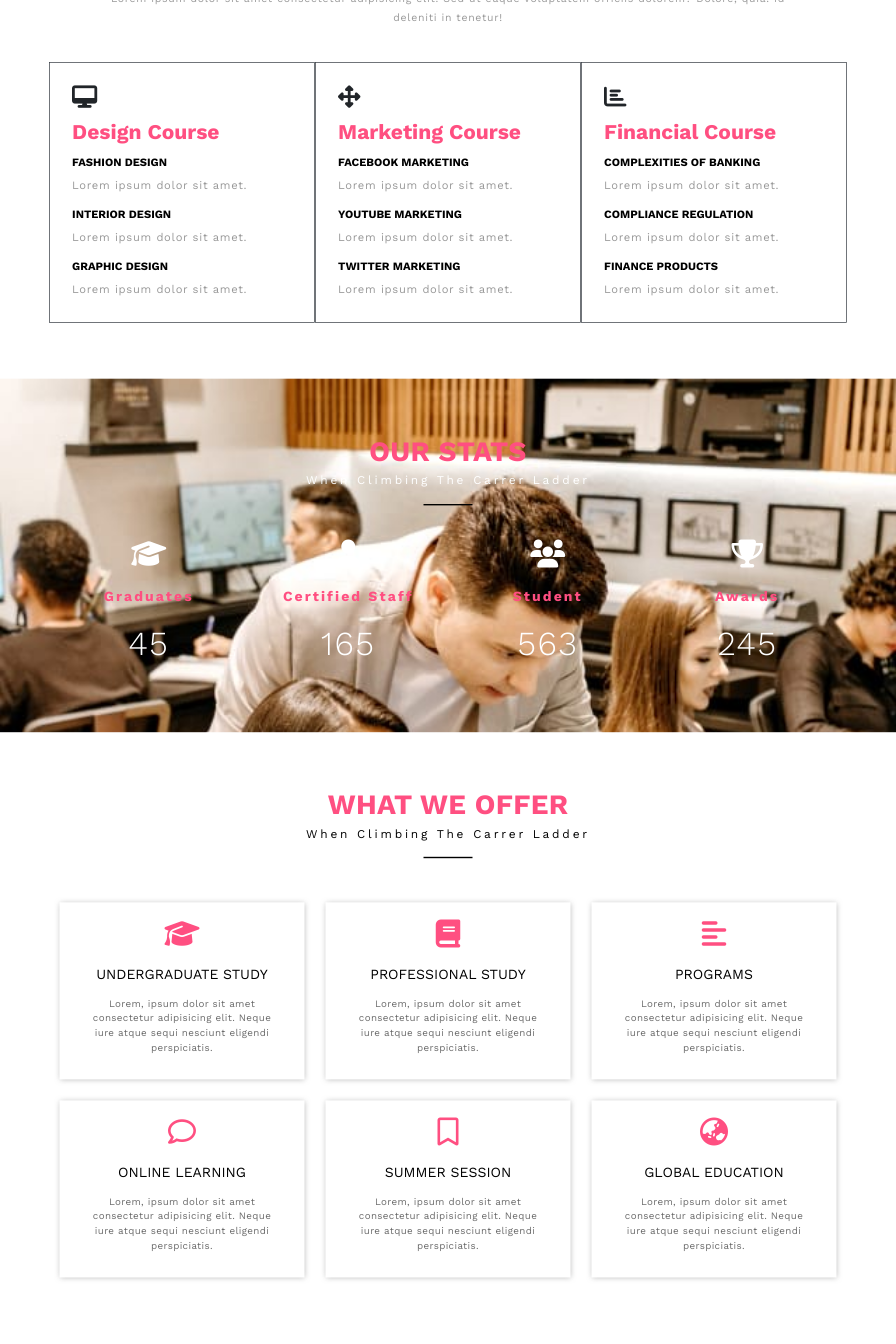
Repository: tudo1611/BC44_BOOTSTRAP_B7_INSTRUCTION_DO-TRUNG-TU
Page: index.html
These files come from the project's save history. The page is drawn as it stood at one moment and after the next save; the edit follows.
The browser window is 1280 px wide. The pictures show the part of the page from y = 1260 to 3180 px (the page is 3180 px tall), at 70% of full size.
The pointer rests on the first visible `.offer__item`.
Backgrounds fixed to the window are drawn as part of the page.

Above is the page before, as saved 2023-01-19 22:36:38.

### index.html
<!DOCTYPE html>
<html lang="en">
  <head>
    <meta charset="UTF-8" />
    <meta http-equiv="X-UA-Compatible" content="IE=edge" />
    <meta name="viewport" content="width=device-width, initial-scale=1.0" />
    <title>Instruction Cyber</title>
    <!-- bs4 css  -->
    <link
      rel="stylesheet"
      href="https://cdn.jsdelivr.net/npm/bootstrap@4.5.3/dist/css/bootstrap.min.css"
      integrity="sha384-TX8t27EcRE3e/ihU7zmQxVncDAy5uIKz4rEkgIXeMed4M0jlfIDPvg6uqKI2xXr2"
      crossorigin="anonymous"
    />
    <!-- font awesome -->
    <link
      rel="stylesheet"
      href="https://cdnjs.cloudflare.com/ajax/libs/font-awesome/6.2.1/css/all.min.css"
      integrity="sha512-MV7K8+y+gLIBoVD59lQIYicR65iaqukzvf/nwasF0nqhPay5w/9lJmVM2hMDcnK1OnMGCdVK+iQrJ7lzPJQd1w=="
      crossorigin="anonymous"
      referrerpolicy="no-referrer"
    />
    <!-- font gg  -->
    <link rel="preconnect" href="https://fonts.googleapis.com" />
    <link rel="preconnect" href="https://fonts.gstatic.com" crossorigin />
    <link
      href="https://fonts.googleapis.com/css2?family=Work+Sans:wght@300;400;700&display=swap"
      rel="stylesheet"
    />
    <!-- main css -->
    <link rel="stylesheet" href="./css/index.css" />
  </head>
  <body>
    <!-- header  -->
    <header>
      <div
        class="header__top d-flex justify-content-between align-items-center py-2 container-fluid"
      >
        <div class="header__left">
          <a href="tel:0961051014" class="text-white mr-4"
            ><i class="fa-solid fa-phone"></i> 096.105.1014</a
          >
          <a href="mailto:info@cybersoft.edu.vn" class="text-white"
            ><i class="fa-regular fa-envelope"></i> info@cybersoft.edu.vn</a
          >
        </div>
        <div class="header__right">
          <a href="#"><i class="fab fa-facebook-f"></i></a>
          <a href="#"><i class="fab fa-twitter"></i></a>
          <a href=""><i class="fab fa-pinterest"></i></a>
          <a href=""><i class="fab fa-linkedin-in"></i></a>
        </div>
      </div>
      <nav class="navInstruction navbar navbar-expand-lg container">
        <a class="navbar-brand text-center" href="#">
          <p class="mb-0"><i class="fa fa-book"></i> INSTRUCTION</p>
          <p class="mb-0">EDUCATION</p>
        </a>
        <button
          class="navbar-toggler"
          type="button"
          data-toggle="collapse"
          data-target="#navbarInstruction"
          aria-controls="navbarNavDropdown"
          aria-expanded="false"
          aria-label="Toggle navigation"
        >
          <i class="fa fa-bars"></i>
        </button>
        <div class="collapse navbar-collapse" id="navbarInstruction">
          <ul class="navbar-nav ml-auto">
            <li class="nav-item active">
              <a class="nav-link" href="#"
                >HOME <span class="sr-only">(current)</span></a
              >
            </li>
            <li class="nav-item">
              <a class="nav-link" href="#">ABOUT</a>
            </li>
            <li class="nav-item">
              <a class="nav-link" href="#">SERVICES</a>
            </li>
            <li class="nav-item">
              <a class="nav-link" href="#">GALLERY</a>
            </li>
            <li class="nav-item dropdown">
              <a
                class="nav-link dropdown-toggle"
                href="#"
                id="navbarDropdownMenuLink"
                role="button"
                data-toggle="dropdown"
                aria-haspopup="true"
                aria-expanded="false"
              >
                PAGES
              </a>
              <div
                class="dropdown-menu"
                aria-labelledby="navbarDropdownMenuLink"
              >
                <a class="dropdown-item" href="#">Codes</a>
                <a class="dropdown-item" href="#">Icons</a>
              </div>
            </li>
              <li class="nav-item">
              <a class="nav-link" href="#">CONTACT</a>
            </li>
          </ul>
        </div>
      </nav>
    </header>
    <!-- carousel -->
    <section class="cyberCarousel">
      <div id="carouselCyber" class="carousel slide" data-ride="carousel">
  <ol class="carousel-indicators">
    <li data-target="#carouselCyber" data-slide-to="0" class="active"></li>
    <li data-target="#carouselCyber" data-slide-to="1"></li>
    <li data-target="#carouselCyber" data-slide-to="2"></li>
  </ol>
  <div class="carousel-inner">
    <div class="carousel-item active">
      <img src="./img/g1.jpg" class="d-block w-100" alt="...">
      <div class="container carousel-caption d-none d-md-block">
        <h1>Graphic Work Designing.</h1>
        <p>Any successful career statrs with good education. Together with us you will have deeper knownledge of the subjects</p>
        <button class="btn">Read More <i class="fa fa-angle-double-right"></i></button>
      </div>
    </div>
    <div class="carousel-item">
      <img src="./img/g2.jpg" class="d-block w-100" alt="...">
      <div class="container carousel-caption d-none d-md-block">
        <h1>Financial Analyst Course.</h1>
        <p>Any successful career statrs with good education. Together with us you will have deeper knownledge of the subjects</p>
        <button class="btn">Read More <i class="fa fa-angle-double-right"></i></button>
      </div>
    </div>
    <div class="carousel-item">
      <img src="./img/g3.jpg" class="d-block w-100" alt="...">
      <div class="container carousel-caption d-none d-md-block">
       <h1>Digital Marketing Course.</h1>
        <p>Any successful career statrs with good education. Together with us you will have deeper knownledge of the subjects</p>
        <button class="btn">Read More <i class="fa fa-angle-double-right"></i></button>
      </div>
    </div>
  </div>
  <a class="carousel-control-prev" href="#carouselCyber" role="button" data-slide="prev">
    <span class="carousel-control-prev-icon" aria-hidden="true"></span>
    <span class="sr-only">Previous</span>
  </a>
  <a class="carousel-control-next" href="#carouselCyber" role="button" data-slide="next">
    <span class="carousel-control-next-icon" aria-hidden="true"></span>
    <span class="sr-only">Next</span>
  </a>
</div>
    </section>
    <!-- welcome  -->
    <section class="welcome section">
      <div class="heading">
        <h2>WELCOME TO EDUCATION</h2>
        <p>When Climbing The Carrer Ladder</p>
      </div>
      <div class="welcome__content">
        <p>Lorem ipsum dolor sit amet consectetur adipisicing elit. Sed ut eaque voluptatem officiis dolorem? Dolore, quia. Id deleniti in tenetur!</p>
        <div class="welcome__courses container">
          <div class="row">
            <div class="welcome__col col-4 border border-dark">
              <div class="welcome__item">
                <i class="fa fa-desktop"></i>
                <h3>Design Course</h3>
                <h4>Fashion Design</h4>
                <p>Lorem ipsum dolor sit amet.</p>
                <h4>Interior Design</h4>
                <p>Lorem ipsum dolor sit amet.</p>
                <h4>Graphic Design</h4>
                <p>Lorem ipsum dolor sit amet.</p>
              </div>
            </div>
            <div class="welcome__col col-4 border border-dark">
              <div class="welcome__item">
                <i class="fa fa-arrows-alt"></i>
                <h3>Marketing Course</h3>
                <h4>Facebook Marketing</h4>
                <p>Lorem ipsum dolor sit amet.</p>
                <h4>Youtube Marketing</h4>
                <p>Lorem ipsum dolor sit amet.</p>
                <h4>Twitter Marketing</h4>
                <p>Lorem ipsum dolor sit amet.</p>
              </div>
            </div>
            <div class="welcome__col col-4 border border-dark">
              <div class="welcome__item">
                <i class="fa fa-chart-bar"></i>
                <h3>Financial Course</h3>
                <h4>Complexities Of Banking</h4>
                <p>Lorem ipsum dolor sit amet.</p>
                <h4>Compliance Regulation</h4>
                <p>Lorem ipsum dolor sit amet.</p>
                <h4>Finance Products</h4>
                <p>Lorem ipsum dolor sit amet.</p>
              </div>
            </div>

          </div>

        </div>
      </div>
    </section>
    <!-- our stats  -->
    <section class="ourStats section">
      <div class="heading heading--white">
        <h2>OUR STATS</h2>
        <p>When Climbing The Carrer Ladder</p>
      </div>
      <div class="outStats__content container">
        <div class="row">
          <div class="col-3">
            <div class="ourStats__item">
              <i class="fa fa-graduation-cap"></i>
              <h3>Graduates</h3>
              <p>45</p>
            </div>
          </div>
          <div class="col-3">
            <div class="ourStats__item">
              <i class="fa fa-user"></i>
              <h3>Certified Staff</h3>
              <p>165</p>
            </div>
          </div>
          <div class="col-3">
            <div class="ourStats__item">
              <i class="fa fa-users"></i>
              <h3>Student</h3>
              <p>563</p>
            </div>
          </div>
          <div class="col-3">
            <div class="ourStats__item">
              <i class="fa fa-trophy"></i>
              <h3>Awards</h3>
              <p>245</p>
            </div>
          </div>
        </div>
      </div>

    </section>
    <!-- offer -->
    <section class="offer section">
       <div class="heading">
        <h2>WHAT WE OFFER</h2>
        <p>When Climbing The Carrer Ladder</p>
      </div>
      <div class="offer__content container">
        <div class="row">
          <div class="col-4 offer__col">
            <div class="offer__item">
              <i class="fa fa-graduation-cap"></i>
              <h3>UNDERGRADUATE STUDY</h3>
              <p>Lorem, ipsum dolor sit amet consectetur adipisicing elit. Neque iure atque sequi nesciunt eligendi perspiciatis.</p>
            </div>
          </div>
          <div class="col-4 offer__col">
            <div class="offer__item">
              <i class="fa fa-book"></i>
              <h3>PROFESSIONAL STUDY</h3>
              <p>Lorem, ipsum dolor sit amet consectetur adipisicing elit. Neque iure atque sequi nesciunt eligendi perspiciatis.</p>
            </div>
          </div>
          <div class="col-4 offer__col">
            <div class="offer__item">
              <i class="fa fa-align-left"></i>
              <h3>PROGRAMS</h3>
              <p>Lorem, ipsum dolor sit amet consectetur adipisicing elit. Neque iure atque sequi nesciunt eligendi perspiciatis.</p>
            </div>
          </div>
          <div class="col-4 offer__col">
            <div class="offer__item">
              <i class="fa-regular fa-comment"></i>
              <h3>ONLINE LEARNING</h3>
              <p>Lorem, ipsum dolor sit amet consectetur adipisicing elit. Neque iure atque sequi nesciunt eligendi perspiciatis.</p>
            </div>
          </div>
          <div class="col-4 offer__col">
            <div class="offer__item">
              <i class="fa-regular fa-bookmark"></i>
              <h3>SUMMER SESSION</h3>
              <p>Lorem, ipsum dolor sit amet consectetur adipisicing elit. Neque iure atque sequi nesciunt eligendi perspiciatis.</p>
            </div>
          </div>
          <div class="col-4 offer__col">
            <div class="offer__item">
              <i class="fa fa-globe-asia"></i>
              <h3>GLOBAL EDUCATION</h3>
              <p>Lorem, ipsum dolor sit amet consectetur adipisicing elit. Neque iure atque sequi nesciunt eligendi perspiciatis.</p>
            </div>
          </div>
        </div>

      </div>
    </section>
    <!-- feedback -->
    <section class="feedback"></section>
    <!-- new -->
    <section class="news"></section>
    <!-- footer  -->
    <footer></footer>

    <!-- thu vien ho tro -->
    <script
      src="https://cdnjs.cloudflare.com/ajax/libs/jquery/3.6.3/jquery.min.js"
      integrity="sha512-STof4xm1wgkfm7heWqFJVn58Hm3EtS31XFaagaa8VMReCXAkQnJZ+jEy8PCC/iT18dFy95WcExNHFTqLyp72eQ=="
      crossorigin="anonymous"
      referrerpolicy="no-referrer"
    ></script>
    <!-- bs4 js  -->
    <script
      src="https://cdn.jsdelivr.net/npm/bootstrap@4.5.3/dist/js/bootstrap.bundle.min.js"
      integrity="sha384-ho+j7jyWK8fNQe+A12Hb8AhRq26LrZ/JpcUGGOn+Y7RsweNrtN/tE3MoK7ZeZDyx"
      crossorigin="anonymous"
    ></script>
  </body>
</html>

### css/index.css
/* global */
*{
    margin: 0;
    padding: 0;
    box-sizing: border-box;
}

html, body{
    font-family: 'Work Sans', sans-serif;
    font-size: 62.5%;
}
.heading{
    text-align: center;
    margin-bottom: 4.8rem;
}

.heading h2{
    font-size: 4rem;
    color: #ff4f81;
    font-weight: bold;
    letter-spacing: .5px;
}
.heading p{
    font-size: 1.7rem;
    text-transform: capitalize;
    letter-spacing: 0.4rem;
    color: #000;
}
.heading p::after{
    content: "";
    width: 7rem;
    height: 0.2rem;
    background-color: #000;
    display: block;
    margin: 2rem auto;
}
.section{
    padding: 8rem 0;
}
.heading--white p{
    color: #fff;
}

/* header  */
.header__top {
    background-color: #ff4f81;
    font-size: 1.4rem;
}
.header__top a{
    text-decoration: none;
    color: #fff;
    transition: all .5s;
}
.header__left a:hover{
    color: #000 !important;
}
.header__right a{
    display: inline-block;
    text-align: center;
    width: 3rem;
    height: 3rem;
    line-height: 3rem;
    background-color: #000;
    border: 1px solid #000;
    margin-left: 0.25rem;
}
.header__right a:hover{
    background-color: #ff4f81;
    border-color: #fff;
}
.navInstruction a{
    color: #000;
    font-weight: bold;
}
.navInstruction .navbar-brand p:first-child{
    font-size: 3.6rem;

}
.navInstruction .navbar-brand p:first-child i{
    transform: skewX(-10deg);
}
.navInstruction .navbar-brand p:last-child{
    font-size: 1.1rem;
    color: #ff4f81;
    letter-spacing: 0.3rem;
}
#navbarInstruction .nav-link{
    font-size: 1.4rem;font-weight: bold;
    letter-spacing: 1px;
    transition: all .5s;
}
#navbarInstruction .nav-item:hover .nav-link{
    color: #ff4f81;
}
#navbarInstruction .nav-item{
    margin: 0 1.5rem;
}
#navbarInstruction .nav-item:after{
    content: "";
    display: inline-block;
    width: 0%;
    height: 0.2rem;
    background-color: #ff4f81;
    transition: all .5s;
}
#navbarInstruction .nav-item:hover::after{
    width: 100%;
}
#navbarInstruction .nav-item.active .nav-link{
    color: #ff4f81;
}
#navbarInstruction .nav-item.active::after{
    width: 100%;
}
#navbarInstruction .dropdown-menu{
    background-color: rgba(0, 0, 0, 0.6);
    border: 1px solid rgba(0, 0, 0, 0.6);
}
#navbarInstruction .dropdown-item{
    color: #fff;
    transition: all .5s;
}
#navbarInstruction .dropdown-item:focus, #navbarInstruction .dropdown-item:hover {
    background-color: transparent;
    color:#ff4f81;
}

/* carousel  */


#carouselCyber .carousel-caption{
    top: 60%;
    left: 50%;
    transform: translate(-50% , -50%);
}
#carouselCyber .carousel-caption h1{
    font-size: 5.2rem;
}
#carouselCyber .carousel-caption p{
    font-size: 1.6rem;
    font-weight: 300;
    letter-spacing: 0.4rem;
    line-height: 1.8rem;
    width: 70%;
    margin: auto;
    margin-bottom: 2.5rem;
}
#carouselCyber .carousel-caption .btn{
    padding: 1.1rem 2rem;
    color: #fff;
    border: 1px solid #fff;
    border-radius: 0;
    letter-spacing: 0.2rem;
    font-size: 1.4rem;
    transition: all .5s;
}
#carouselCyber .carousel-caption .btn:hover{
    background-color: #ff4f81;
    border-color: #ff4f81;
}
/* welcome  */
.welcome__content>p{
    width: 80%;
    margin: auto;
    text-align: center;
    font-size: 1.5rem;
    line-height: 1.8em;
    color: #999;
    letter-spacing: 1px;
    padding: 1rem 0 5rem;
}
.welcome__item i{
    font-size: 3.2rem;
}
.welcome__item h3{
    color: #ff4f81;
    font-weight: bold;
    font-size: 3rem;
    margin: 1.6rem 0;
}
.welcome__item h4{
    color: #000;
    font-size: 1.6rem;
    font-weight: bold;
    margin: 1.6rem 0 0.32rem;
    text-transform: uppercase;
}
.welcome__item p{
    color: #999;
    font-size: 1.6rem;
    line-height: 1.8em;
    margin: 1rem 0 0;
    letter-spacing: 1px;
}
.welcome__col{
    padding: 3.2rem;
}
/* ourstats  */
.ourStats{
    background-image: url(../img/g2.jpg);
    background-size: cover;
    background-attachment: fixed;
}
.outStats__content{
    text-align: center;
    color: #fff;
}
.outStats__content i{
    font-size: 4rem;
}
.outStats__content h3{
    font-size: 2rem;
    letter-spacing: 3px;
    font-weight: bold;
    margin: 3rem 0 2rem;
    color: #ff4f81;
}
.outStats__content p{
    font-size: 4.8rem;
    letter-spacing: 2px;
    font-weight: 300;
}
/* offer  */
.offer__col{
    padding: 1.5rem;
}
.offer__item{
    padding: 2.5rem 4rem;
    text-align: center;
    background-color: #fff;
    box-shadow: 0px 1px 8px 0px rgba(158, 158, 158, 0.75);
}
.offer__item:hover{
    back
}
.offer__item i{
    color: #ff4f81;
    font-size: 4rem;
}
.offer__item h3{
    font-size: 2rem;
    margin: 2.5rem 0 2rem;
    color: #000;
}
.offer__item p{
    font-size: 1.4rem;
    letter-spacing: .5px;
    color: #6b6b6b;
}

After the next save:
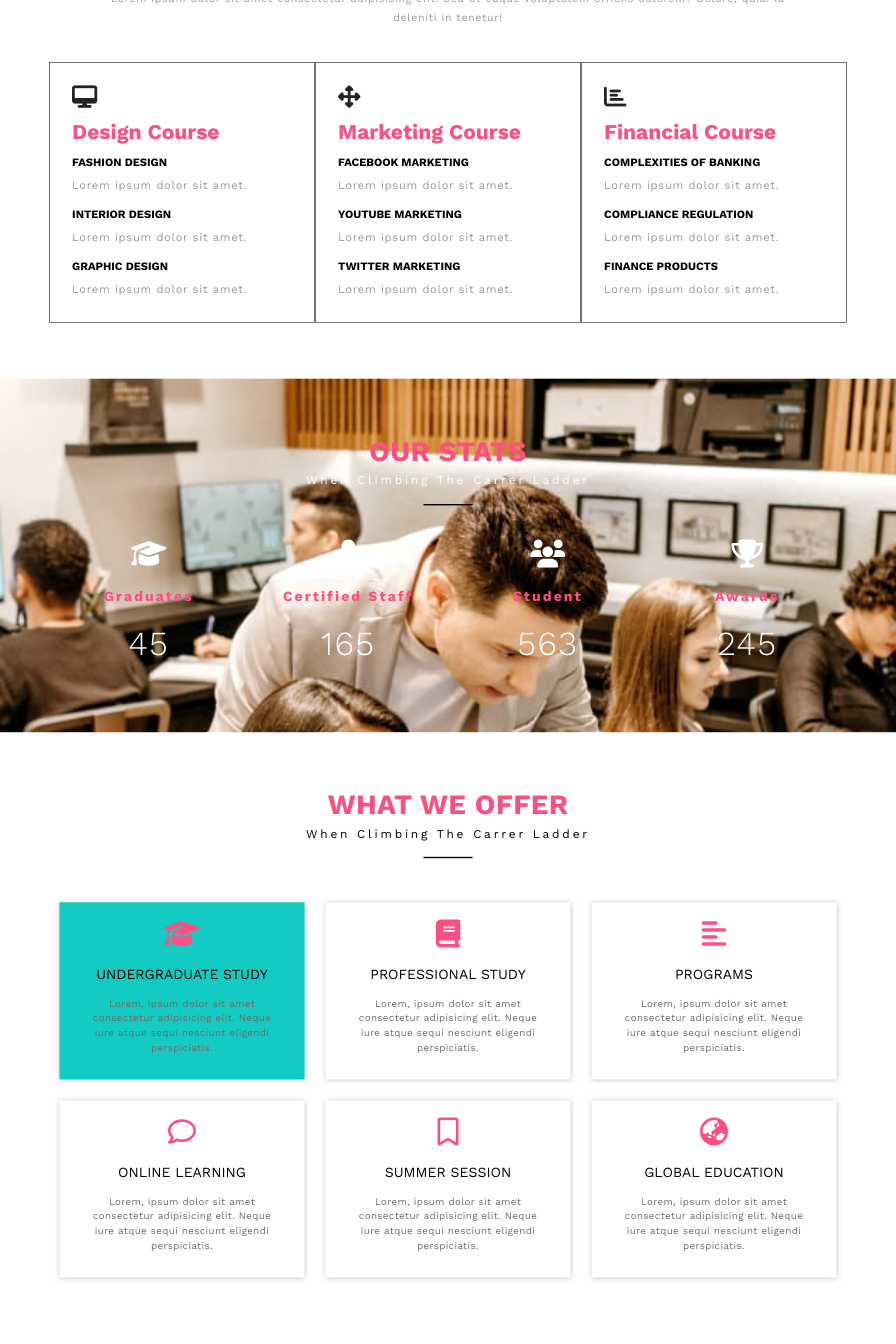
Saved 5 s later.
--- a/css/index.css
+++ b/css/index.css
@@ -231,7 +231,7 @@ html, body{
     box-shadow: 0px 1px 8px 0px rgba(158, 158, 158, 0.75);
 }
 .offer__item:hover{
-    back
+    background-color: #12ccc3;
 }
 .offer__item i{
     color: #ff4f81;
